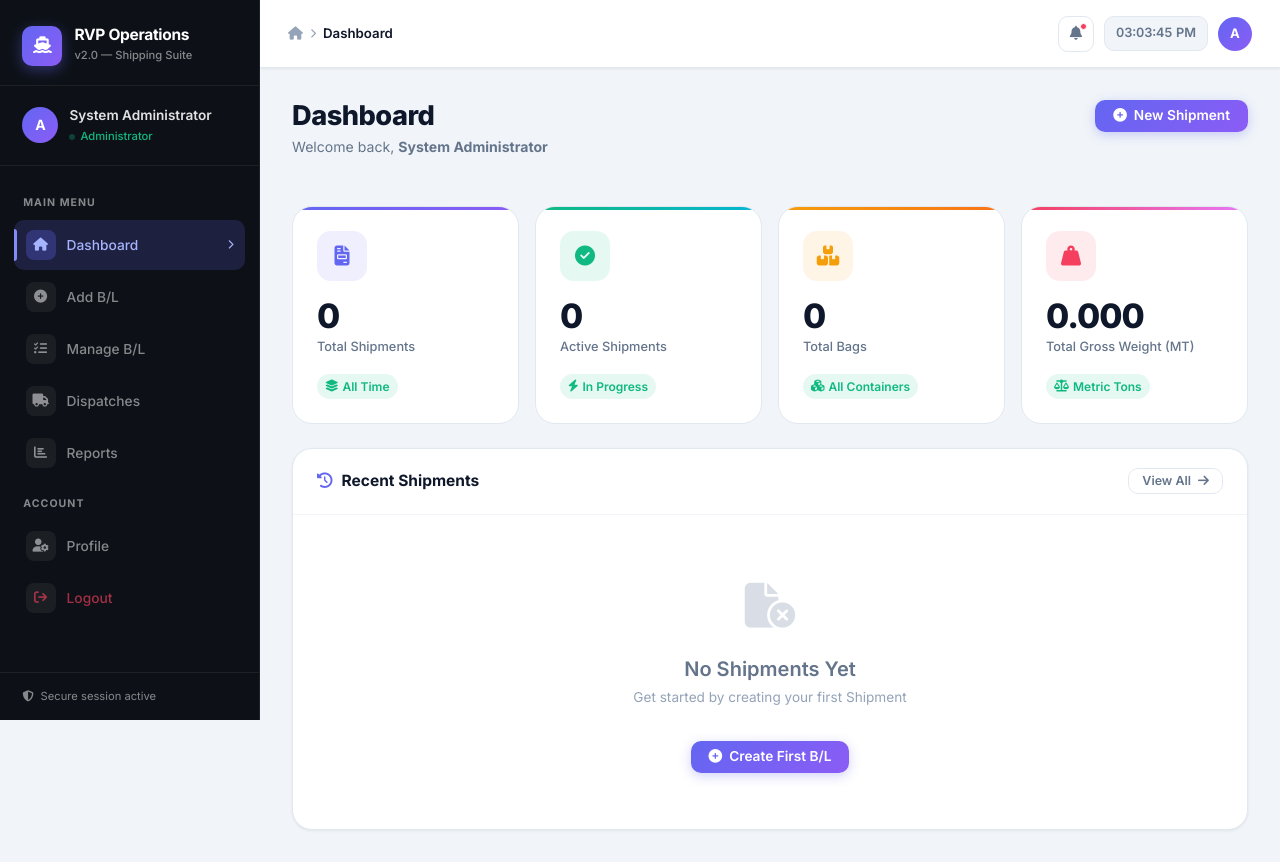
Repository: senteu254/logistics
Page: http://localhost/dashboard.php
These files come from the project's save history. The page is drawn as it stood at one moment and after the next save; the edit follows.
The browser window is 1280 px wide. The pictures show the whole page.
The page is run by PHP 8.4 with error messages shown; the project is at /var/www/html/. The session is filled in as if someone had signed in: {"user_id": 1, "username": "admin", "full_name": "System Administrator"}. The database holds what the project's SQL file puts in it. Queries for data that is not in the repository find no rows.

Above is the page before, as saved 2026-05-13 15:59:19.

After the next save:
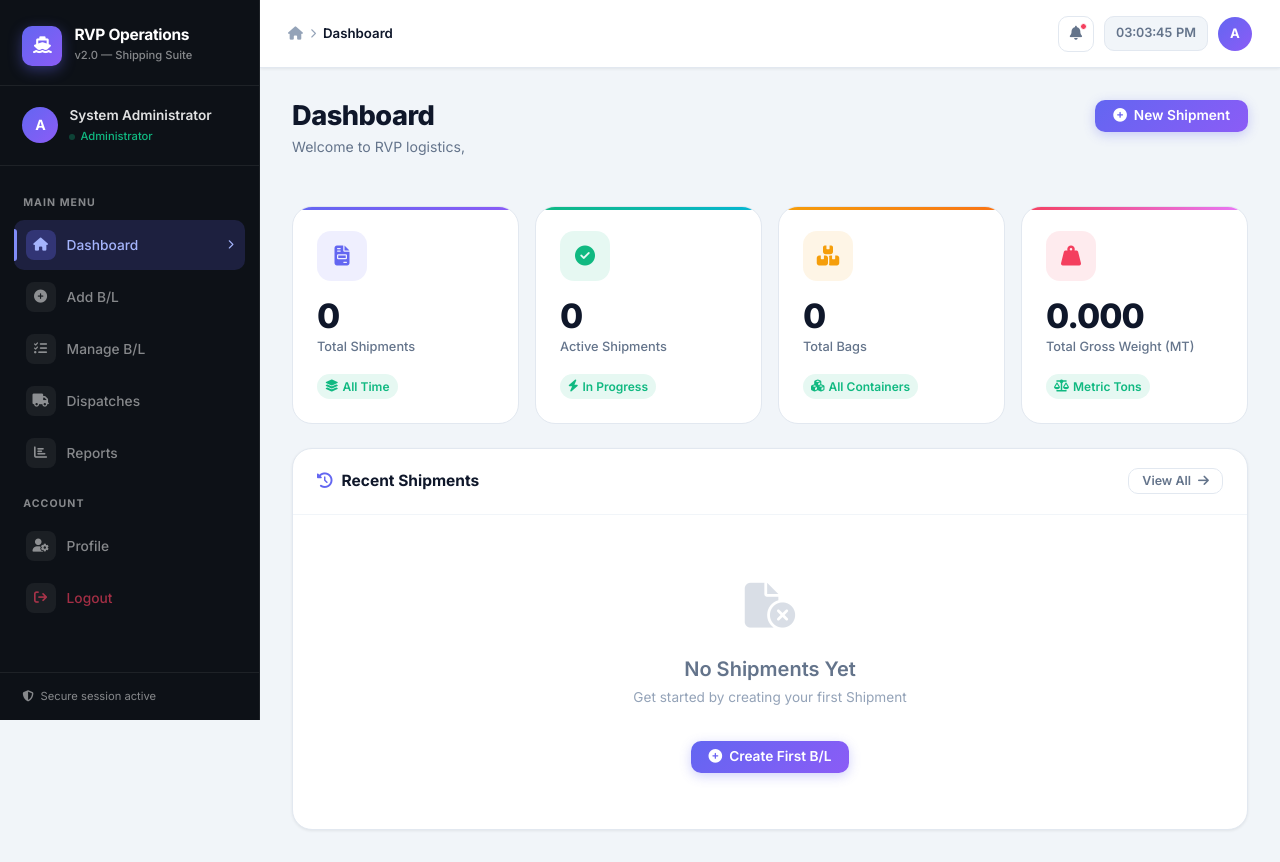
Saved 107 s later.
--- a/dashboard.php
+++ b/dashboard.php
@@ -27,7 +27,7 @@ $recent = $pdo->query("
     <div>
         <h1 class="page-title">Dashboard</h1>
         <p class="page-sub">
-            Welcome back, <strong><?php echo htmlspecialchars($_SESSION['full_name'] ?? $_SESSION['username']); ?></strong>
+            Welcome to RVP logistics, <strong></strong>
         </p>
     </div>
     <a href="add-bl.php" class="btn-m btn-indigo">
